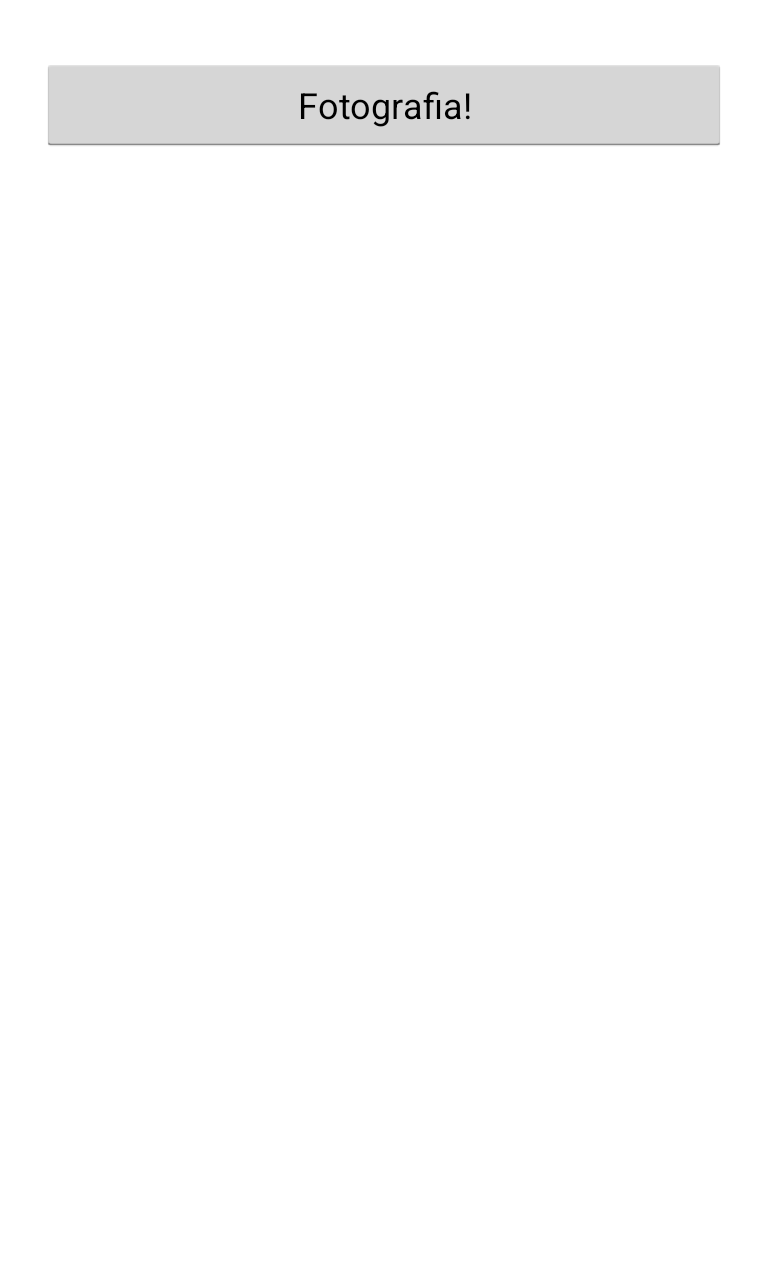
Repository: sstevenmr/SP-Galileo
Layout: Demo3_10/res/layout/activity_main.xml
These files come from the project's save history. The layout is drawn as it stood at one moment and after the next save; the edit follows.
It is drawn on a 768 x 1280 px phone screen (xhdpi) without system bars, with theme AppTheme; the app's code is not run. Lists and similar views that code fills are empty.

Above is the layout before, as saved 2014-02-24 17:03:03.

After the next save:
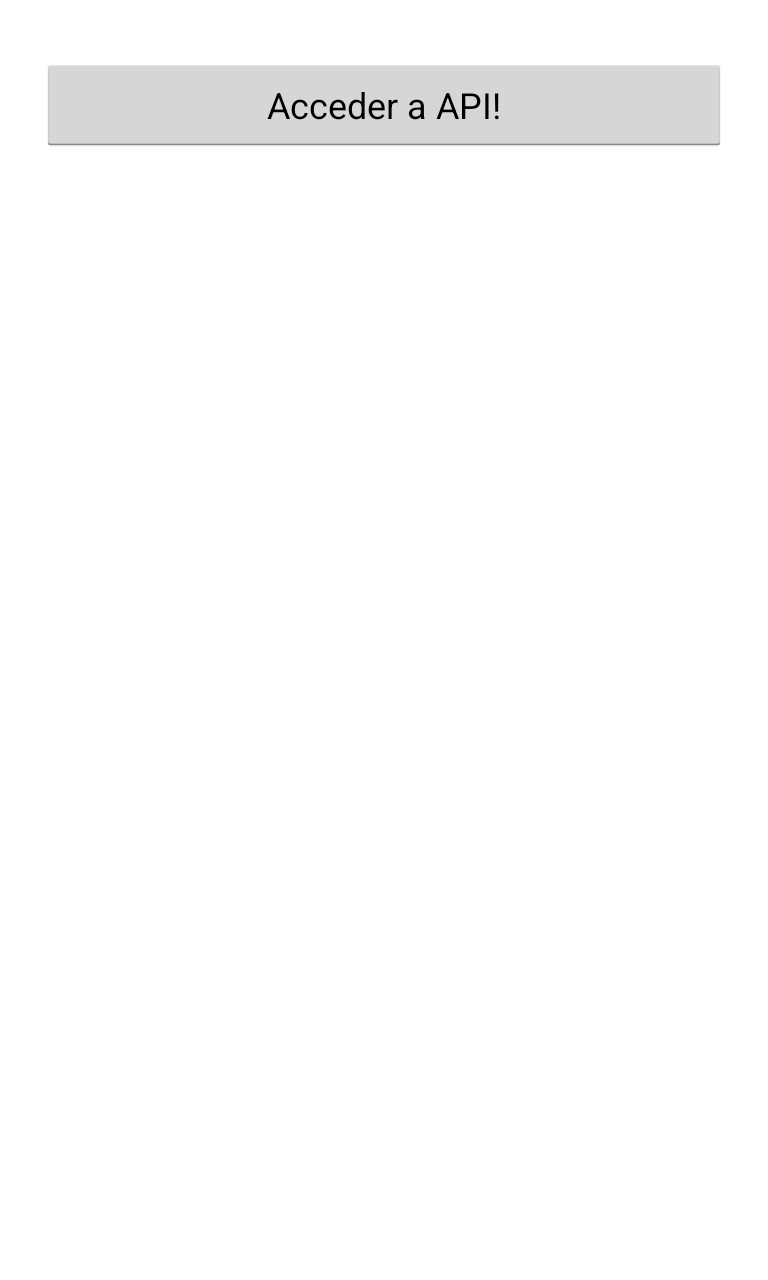
Saved 2 min 12 s later.
--- a/Demo3_10/res/values/strings.xml
+++ b/Demo3_10/res/values/strings.xml
@@ -5,9 +5,10 @@
     <string name="action_settings">Settings</string>
     <string name="hello_world">Hello world!</string>
     <string name="btn_Photo">Fotografia!</string>
+    <string name="btn_Photo">Acceder a API!</string>
     <string name="msg_yes">si</string>
     <string name="msg_no">no</string>
     <string name="title_activity_camera">CameraActivity</string>
-	 <string name="btn_from_gallery">Desde la galeria</string>
-	  <string name="btn_from_camera">Desde la camara</string>
+	<string name="btn_from_gallery">Desde la galeria</string>
+	<string name="btn_from_camera">Desde la camara</string>
 </resources>

After the save that followed:
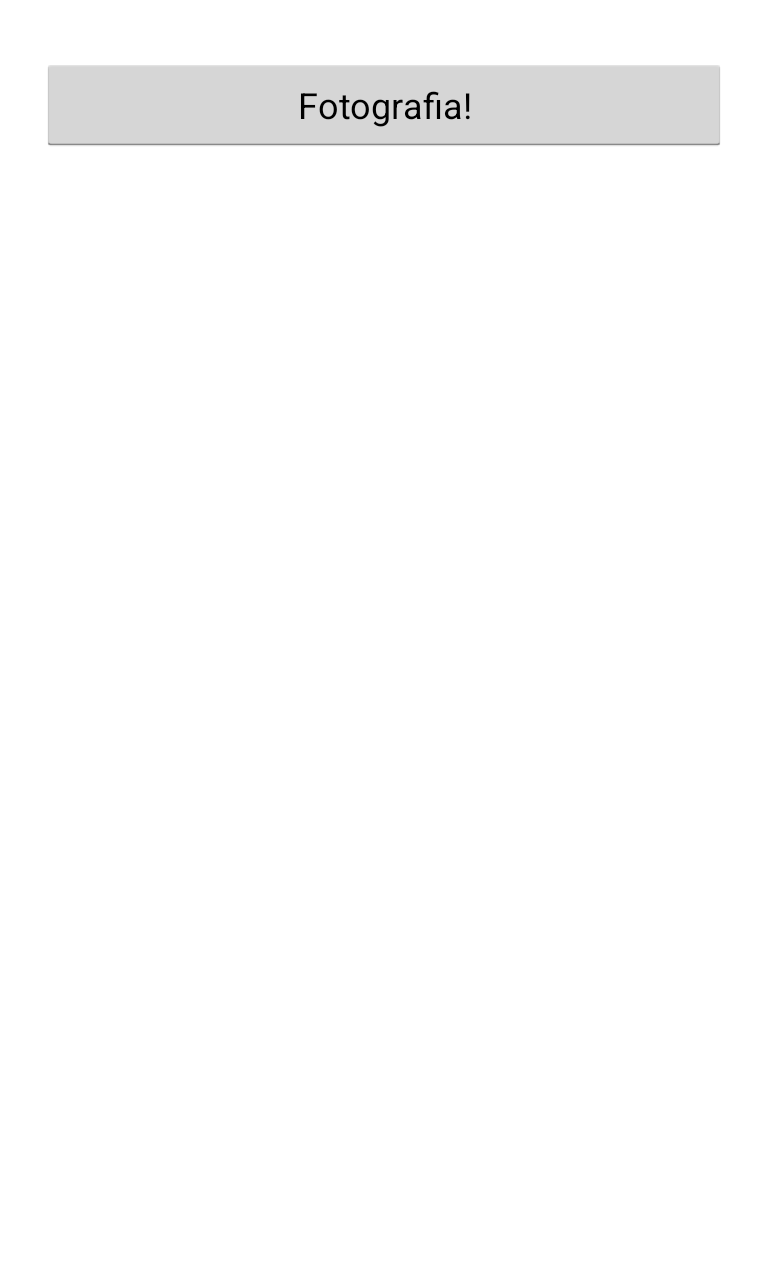
Saved 31 s later.
--- a/Demo3_10/res/values/strings.xml
+++ b/Demo3_10/res/values/strings.xml
@@ -5,7 +5,7 @@
     <string name="action_settings">Settings</string>
     <string name="hello_world">Hello world!</string>
     <string name="btn_Photo">Fotografia!</string>
-    <string name="btn_Photo">Acceder a API!</string>
+    <string name="btn_Update">Acceder a API!</string>
     <string name="msg_yes">si</string>
     <string name="msg_no">no</string>
     <string name="title_activity_camera">CameraActivity</string>
